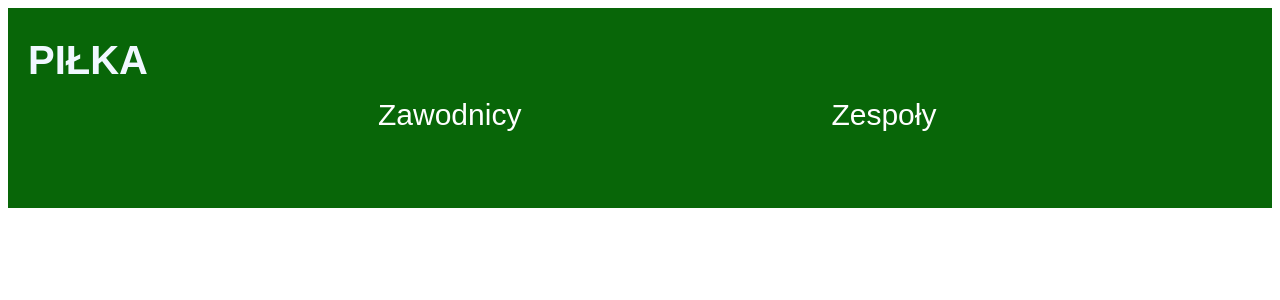
Repository: ZABA78/PAZW
Page: index.html
The author's editor kept a copy of each file at every save. The page is drawn from the files as they stood at one save, then again after the next save.
The browser window is 1280 px wide. The pictures show the whole page.
Some web fonts or font styles are not loaded; a fallback is used.

Above is the page before, as saved 2023-10-17 14:22:49.

After the next save:
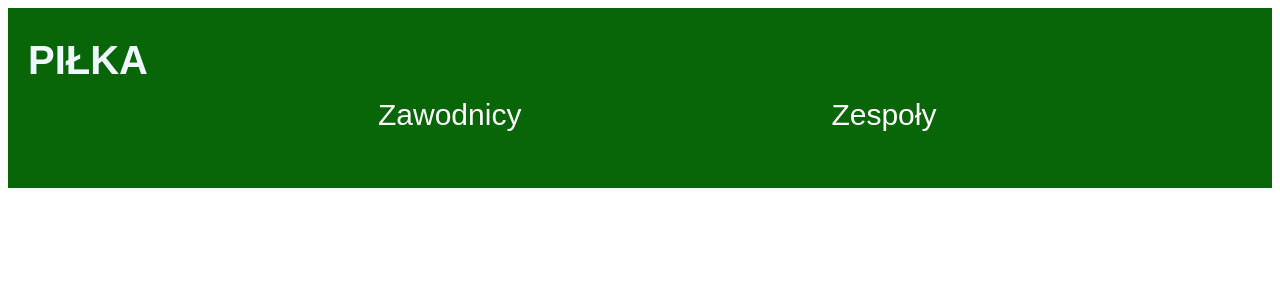
Saved 7 s later.
--- a/style.css
+++ b/style.css
@@ -16,7 +16,7 @@ h1
 header
 {
     background-color: rgb(8, 102, 8);
-    height: 200px;
+    height: 180px;
     color: aliceblue;
     display: flex;
     flex-direction: row;
